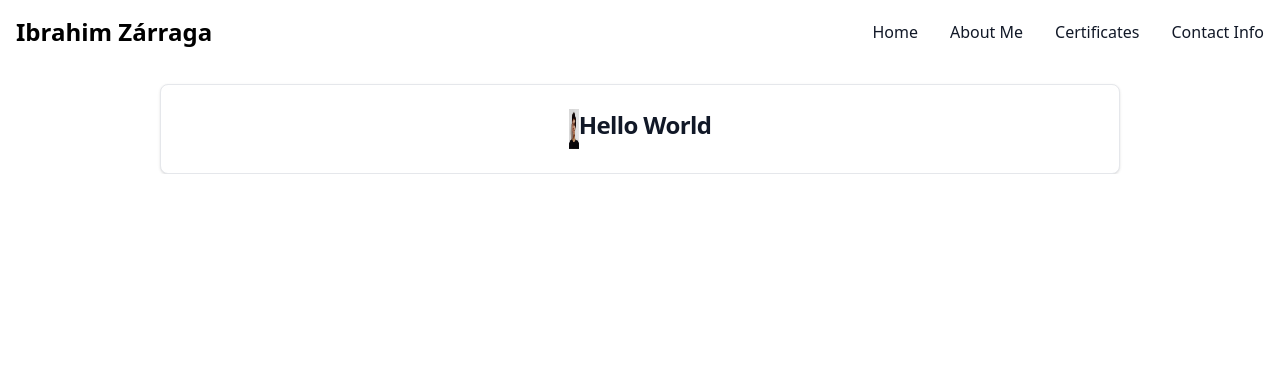
Repository: JetPi/Presentatio-Project
Page: /
The author's editor kept a copy of each file at every save. The page is drawn from the files as they stood at one save, then again after the next save.
The browser window is 1280 px wide. The pictures show the whole page.
The project was rebuilt for these pictures with package versions that can differ from the ones it lists, and the page was loaded fresh each time. The framework's server and built-in components were replaced by stand-ins that run in the browser. Also part of the build but not shown: next.config.js.

Above is the page before, as saved 2023-03-30 16:48:45.

### src/pages/_app.tsx
import "@/styles/globals.css";
import type { AppProps } from "next/app";
import { NavBar } from "@/components/NavBar";

const navList = [
  { text: "Home", href: "/" },
  { text: "About Me", href: "/about/me" },
  { text: "Certificates", href: "/about/certificates" },
  { text: "Contact Info", href: "/about/socials" },
];

export default function App({ Component, pageProps }: AppProps) {
  return (
    <>
      <NavBar navList={navList} />
      <Component {...pageProps} />
    </>
  );
}

### src/pages/index.tsx
import Head from "next/head";
import Image from "next/image";
import { Inter } from "next/font/google";
import styles from "@/styles/Home.module.css";
import { Card } from "@/components/Card";
import { CardTitle } from "@/components/Card";

const inter = Inter({ subsets: ["latin"] });

export default function Home() {
  return (
    <>
      <div className="flex pt-5 justify-center">
        <Card href="/about/me" styling="flex w-3/4 justify-center">
          <Image
            src={"/Foto de Presentación.png"}
            width={10}
            height={10}
            alt={"Profile Photo"}
          />
          <CardTitle>Hello World</CardTitle>
        </Card>
      </div>
    </>
  );
}

### src/styles/globals.css
@tailwind base;
@tailwind components;
@tailwind utilities;

:root {
  --max-width: 1100px;
  --border-radius: 12px;
  --font-mono: ui-monospace, Menlo, Monaco, "Cascadia Mono", "Segoe UI Mono",
    "Roboto Mono", "Oxygen Mono", "Ubuntu Monospace", "Source Code Pro",
    "Fira Mono", "Droid Sans Mono", "Courier New", monospace;

  --foreground-rgb: 0, 0, 0;
  --background-start-rgb: 214, 219, 220;
  --background-end-rgb: 255, 255, 255;

  --primary-glow: conic-gradient(
    from 180deg at 50% 50%,
    #16abff33 0deg,
    #0885ff33 55deg,
    #54d6ff33 120deg,
    #0071ff33 160deg,
    transparent 360deg
  );
  --secondary-glow: radial-gradient(
    rgba(255, 255, 255, 1),
    rgba(255, 255, 255, 0)
  );

  --tile-start-rgb: 239, 245, 249;
  --tile-end-rgb: 228, 232, 233;
  --tile-border: conic-gradient(
    #00000080,
    #00000040,
    #00000030,
    #00000020,
    #00000010,
    #00000010,
    #00000080
  );

  --callout-rgb: 238, 240, 241;
  --callout-border-rgb: 172, 175, 176;
  --card-rgb: 180, 185, 188;
  --card-border-rgb: 131, 134, 135;
}

@media (prefers-color-scheme: dark) {
  :root {
    --foreground-rgb: 255, 255, 255;
    --background-start-rgb: 0, 0, 0;
    --background-end-rgb: 0, 0, 0;

    --primary-glow: radial-gradient(rgba(1, 65, 255, 0.4), rgba(1, 65, 255, 0));
    --secondary-glow: linear-gradient(
      to bottom right,
      rgba(1, 65, 255, 0),
      rgba(1, 65, 255, 0),
      rgba(1, 65, 255, 0.3)
    );

    --tile-start-rgb: 2, 13, 46;
    --tile-end-rgb: 2, 5, 19;
    --tile-border: conic-gradient(
      #ffffff80,
      #ffffff40,
      #ffffff30,
      #ffffff20,
      #ffffff10,
      #ffffff10,
      #ffffff80
    );

    --callout-rgb: 20, 20, 20;
    --callout-border-rgb: 108, 108, 108;
    --card-rgb: 100, 100, 100;
    --card-border-rgb: 200, 200, 200;
  }
}

* {
  box-sizing: border-box;
  padding: 0;
  margin: 0;
}

html,
body {
  max-width: 100vw;
  overflow-x: hidden;
}

body {
  color: rgb(var(--foreground-rgb));
}

a {
  color: inherit;
  text-decoration: none;
}

@media (prefers-color-scheme: dark) {
  html {
    color-scheme: dark;
  }
}

### src/components/NavBar.tsx
import Image from "next/image";
import Link from "next/link";
import { ReactNode } from "react";
type NavData = {
  href: string;
  text: string;
};

interface Props {
  children?: ReactNode | string;
  href?: string;
  navList?: Array<NavData>;
}

function NavItem({ children, href }: Props) {
  return (
    <li>
      <Link
        href={{ pathname: href }}
        className="block py-2 pl-3 pr-4 text-gray-900 rounded hover:bg-gray-100 md:hover:bg-transparent md:border-0 md:hover:text-blue-700 md:p-0 dark:text-white md:dark:hover:text-blue-500 dark:hover:bg-gray-700 dark:hover:text-white md:dark:hover:bg-transparent"
      >
        {children}
      </Link>
    </li>
  );
}

export function NavBar({ navList }: Props) {
  return (
    <nav className="bg-white border-gray-200 dark:bg-gray-900">
      <div className="max-w-screen-xl flex flex-wrap items-center justify-between mx-auto p-4">
        <a href="https://flowbite.com/" className="flex items-center">
          <span className="self-center text-2xl font-semibold whitespace-nowrap dark:text-white">
            Ibrahim Zárraga
          </span>
        </a>
        <button
          data-collapse-toggle="navbar-default"
          type="button"
          className="inline-flex items-center p-2 ml-3 text-sm text-gray-500 rounded-lg md:hidden hover:bg-gray-100 focus:outline-none focus:ring-2 focus:ring-gray-200 dark:text-gray-400 dark:hover:bg-gray-700 dark:focus:ring-gray-600"
          aria-controls="navbar-default"
          aria-expanded="false"
        ></button>
        <div className="hidden w-full md:block md:w-auto" id="navbar-default">
          <ul className="font-medium flex flex-col p-4 md:p-0 mt-4 border border-gray-100 rounded-lg bg-gray-50 md:flex-row md:space-x-8 md:mt-0 md:border-0 md:bg-white dark:bg-gray-800 md:dark:bg-gray-900 dark:border-gray-700">
            {navList?.map((item) => {
              return (
                <NavItem href={item.href} key={Math.random()}>
                  {item.text}
                </NavItem>
              );
            })}
          </ul>
        </div>
      </div>
    </nav>
  );
}

### src/components/Card.tsx
import Link from "next/link";
import { ReactNode } from "react";
interface Props {
  children?: ReactNode;
  styling?: string;
  href?: string;
}

export function Card({ href, styling, children }: Props) {
  return (
    <Link
      href={{ pathname: href }}
      className={`${
        styling ? styling : "flex justify-stretch"
      } p-6 bg-white border border-gray-200 rounded-lg shadow hover:bg-gray-100 dark:bg-gray-800 dark:border-gray-700 dark:hover:bg-gray-700`}
    >
      {children}
      <p className="font-normal text-gray-700 dark:text-gray-400"></p>
    </Link>
  );
}

export function CardTitle({ children }: Props) {
  return (
    <h5 className="mb-2 text-2xl font-bold tracking-tight text-gray-900 dark:text-white">
      {children}
    </h5>
  );
}

Loaded but not shown: src/pages/_document.tsx (common file); tailwind.config.js (common file)

After the next save:
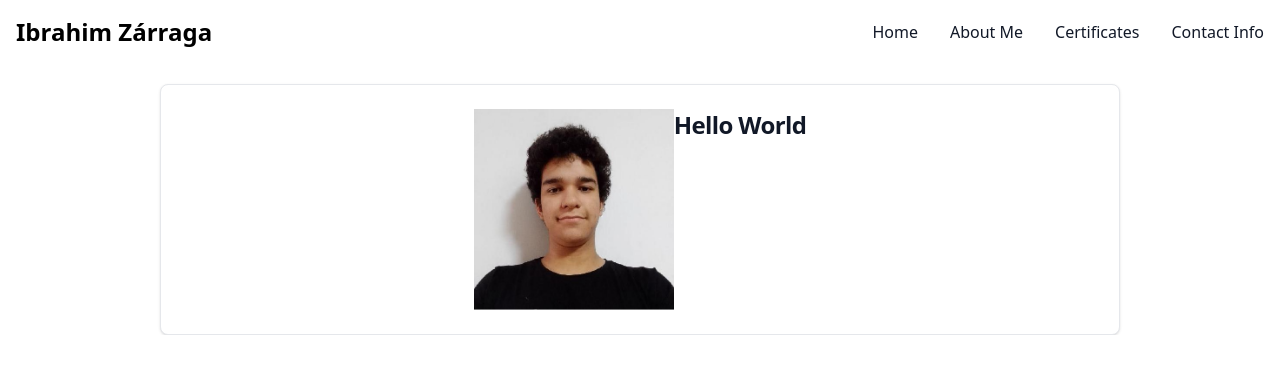
Saved 22 s later.
--- a/src/pages/index.tsx
+++ b/src/pages/index.tsx
@@ -14,8 +14,8 @@ export default function Home() {
         <Card href="/about/me" styling="flex w-3/4 justify-center">
           <Image
             src={"/Foto de Presentación.png"}
-            width={10}
-            height={10}
+            width={200}
+            height={200}
             alt={"Profile Photo"}
           />
           <CardTitle>Hello World</CardTitle>
